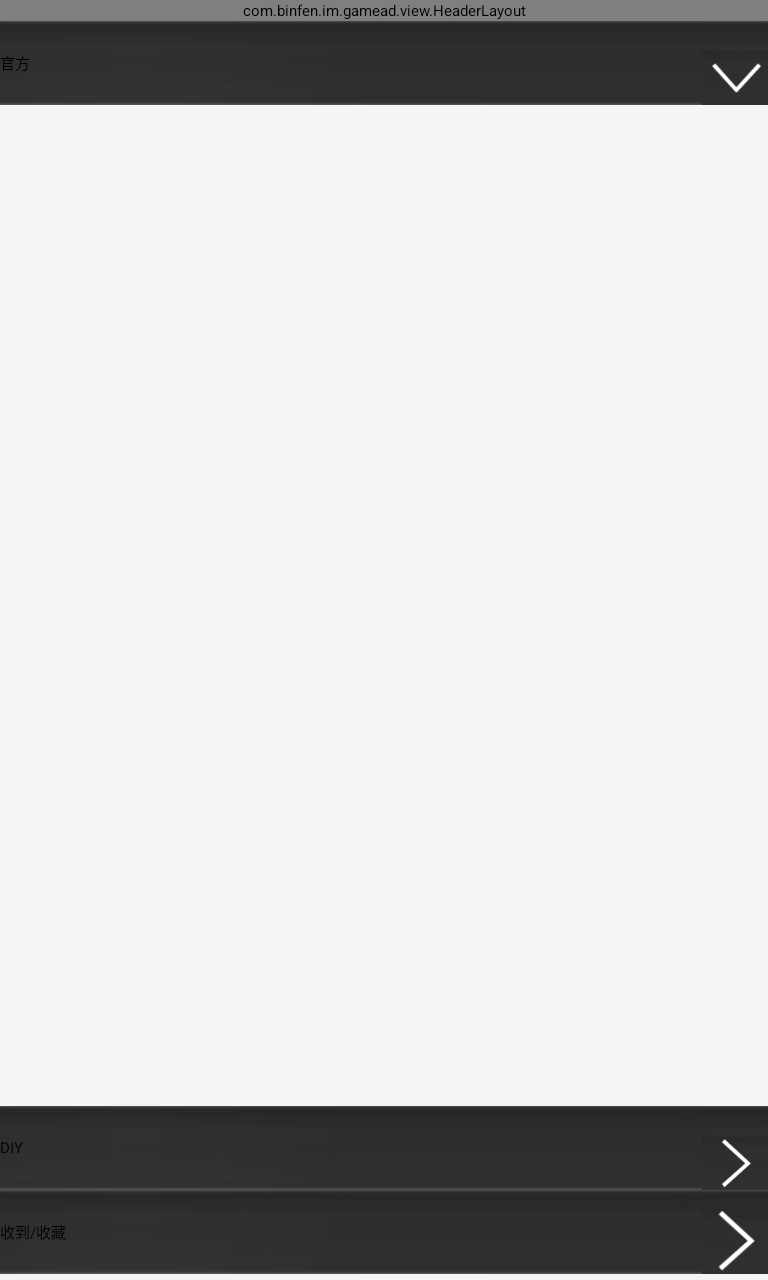
Repository: hosle/gad2
Layout: gamead_IM2/res/layout/xxh_gamelayout1.xml
The author's editor kept a copy of each file at every save. The layout is drawn from the files as they stood at one save, then again after the next save.
Pictures or frames that could not be fetched are drawn as grey boxes. It is drawn on a 768 x 1280 px phone screen (xhdpi) without system bars, with theme AppTheme; the app's code is not run. Lists and similar views that code fills are empty.

Above is the layout before, as saved 2015-06-26 06:15:05.

### gamead_IM2/res/layout/xxh_gamelayout1.xml
<?xml version="1.0" encoding="utf-8"?>
<RelativeLayout xmlns:android="http://schemas.android.com/apk/res/android"
    android:layout_width="match_parent"
    android:layout_height="match_parent"
    android:background="@color/base_bg"
    >

    <include
        android:id="@+id/common_actionbar"
        android:layout_width="match_parent"
        android:layout_height="wrap_content"
        android:layout_alignParentTop="true"
        layout="@layout/include_action_bar" />

    <LinearLayout
        android:layout_width="match_parent"
        android:layout_height="42dp"
        android:layout_below="@+id/common_actionbar"
        android:orientation="vertical" >

        <RelativeLayout
            android:layout_width="match_parent"
            android:layout_height="42dp"
            android:background="@drawable/xxh_game_dir" >

            <TextView
                android:id="@+id/official_game"
                android:layout_width="wrap_content"
                android:layout_height="wrap_content"
                android:layout_alignParentLeft="true"
                android:layout_centerVertical="true"
                android:text="官方"
                android:textAppearance="?android:attr/textAppearanceLarge" />

            <ImageButton
                android:id="@+id/xxh_imagebnt1"
                android:layout_width="wrap_content"
                android:layout_height="wrap_content"
                android:layout_alignParentRight="true"
                android:layout_alignTop="@+id/official_game"
                android:background="@drawable/xxh_game_bkimgbnt"
                android:src="@drawable/xxh_game_ad" />

        </RelativeLayout>
    </LinearLayout>

    <com.binfen.im.gamead.view.ClearEditText
        android:id="@+id/et_msg_search"
        android:layout_width="fill_parent"
        android:layout_height="@dimen/base_action_bar_height"
        android:layout_margin="10dp"
        android:background="@drawable/base_edit_input"
        android:drawableLeft="@drawable/icon_msg_search"
        android:drawablePadding="10dp"
        android:hint="@string/message_search_hint"
        android:paddingLeft="10dp"
        android:paddingRight="10dp"
        android:singleLine="true"
        android:visibility="gone" />

<!--     <GridView
        android:id="@+id/gridgame"
        android:layout_width="match_parent"
        android:layout_height="260dp"
        android:layout_weight="0.82"
        android:columnWidth="90dp"
        android:gravity="center"
        android:horizontalSpacing="5dp"
        android:numColumns="auto_fit"
        android:stretchMode="columnWidth"
        android:verticalSpacing="5dp" >
    </GridView> -->
    <ListView
        android:id="@+id/listgame"
        android:layout_width="match_parent"
        android:layout_height="260dp"

        ></ListView>

    <LinearLayout
        android:layout_width="match_parent"
        android:layout_height="87dp"
        android:layout_alignParentBottom="true"
        android:orientation="vertical" >

        <RelativeLayout
            android:layout_width="match_parent"
            android:layout_height="42dp"
            android:background="@drawable/xxh_game_dir" >

            <TextView
               android:id="@+id/receive_game"
               android:layout_width="wrap_content"
               android:layout_height="wrap_content"
               android:layout_alignParentLeft="true"
               android:layout_centerVertical="true"
               android:text="DIY"
               android:textAppearance="?android:attr/textAppearanceLarge" />

           <ImageButton
               android:id="@+id/xxh_imagebnt2"
               android:layout_width="wrap_content"
               android:layout_height="wrap_content"
               android:layout_alignParentRight="true"
               android:layout_alignTop="@+id/receive_game"
               android:background="@drawable/xxh_game_bkimgbnt"
               android:src="@drawable/xxh_game_ar" />

        </RelativeLayout>

        <RelativeLayout
            android:layout_width="match_parent"
            android:layout_height="42dp"

            android:background="@drawable/xxh_game_dir" >
           <TextView
               android:id="@+id/save_game"
               android:layout_width="wrap_content"
               android:layout_height="wrap_content"
               android:layout_alignParentLeft="true"
               android:layout_centerVertical="true"
               android:text="收到/收藏"
               android:textAppearance="?android:attr/textAppearanceLarge" />

           <ImageButton
               android:id="@+id/xxh_imagebnt3"
               android:layout_width="wrap_content"
               android:layout_height="wrap_content"
               android:layout_alignParentBottom="true"
               android:layout_alignParentRight="true"
               android:background="@drawable/xxh_game_bkimgbnt"
               android:src="@drawable/xxh_game_ar" />

        </RelativeLayout>

    </LinearLayout>

</RelativeLayout>

### gamead_IM2/res/values/colors.xml
<?xml version="1.0" encoding="utf-8"?>
<resources>

    <color name="base_actionbar_bg">#f5f5f5</color>
    <color name="base_action_bar_title_color">#2f2725</color>
    <color name="base_tab_indicator_text_color">#f82c22</color>
    <color name="base_menu_left_bg">#393c44</color>
    <color name="pull_refresh_textview">#000000</color>
    <color name="base_color_text_black">#3e3e39</color>
    <color name="base_color_text_gray">#9fa0a0</color>
    <color name="base_color_text_white">#ffffff</color>
    <color name="home_item_color_bg">#f4f6f6</color>
    <color name="base_bg">#f4f6f6</color>
    <!-- zxing -->
    <color name="color_half_transparent">#b0000000</color>
    <color name="color_transparent_bg">#80000000</color>
    <color name="color_transparent_bg1">#e0000000</color>
    <!-- emot -->
    <color name="msg_emote_divider">#ffa1a1a1</color>
    <color name="color_bottom_bg">#272a2e</color>
    <color name="color_bottom_text_normal">#9da0a4</color>
    <color name="color_bottom_text_press">#4f9ef6</color>
    <color name="text_gray">#969696</color>
    <color name="transparent">#00000000</color>
    <color name="msg_chat_bg">#eceff4</color>

    <color name="theme_bg_color">#f0f2f5</color>
    <color name="color_theme">#489cfa</color>
    <color name="c_f98800">#ed4e23</color>

    <color name="dialog_color_title">#f82c22</color>
    <color name="guide_color">#898989</color>

    <color name="common_bg">#fcfcfc</color>

</resources>

### gamead_IM2/res/layout/include_action_bar.xml
<?xml version="1.0" encoding="utf-8"?>
<com.binfen.im.gamead.view.HeaderLayout
    xmlns:android="http://schemas.android.com/apk/res/android"
    android:layout_width="match_parent"
    android:layout_height="@dimen/base_action_bar_height" >

</com.binfen.im.gamead.view.HeaderLayout>

### gamead_IM2/res/values/dimens.xml
<resources>

    <!-- Default screen margins, per the Android Design guidelines. -->
    <dimen name="activity_horizontal_margin">16dp</dimen>
    <dimen name="activity_vertical_margin">16dp</dimen>
    <dimen name="text_size_small">14sp</dimen>
    <dimen name="text_size_medium">16sp</dimen>
    <dimen name="text_size_large">18sp</dimen>
    <dimen name="base_action_bar_height">48.0dip</dimen>
    <dimen name="base_action_bar_title_size">22.0sp</dimen>
    <dimen name="register_margin">10.0dp</dimen>
    <dimen name="base_scrollview_top_height">50.0dip</dimen>
    <dimen name="tab_padding_top_bottom">15dp</dimen>
    <dimen name="tab_padding_left_right">40dp</dimen>
    <dimen name="tab_height">48dp</dimen>
    <dimen name="base_line_width_1">1dip</dimen>
    <dimen name="base_line_width_2">2dip</dimen>
    <dimen name="base_line_width">0.5dip</dimen>

    <dimen name="time_line_line_left_margin">24dip</dimen>
    <dimen name="time_line_line_width">2.0dip</dimen>
    <dimen name="time_line_content_left_margin">52.0dip</dimen>
    <dimen name="time_line_content_right_margin">7.0dip</dimen>

    <dimen name="score_item_height">100.0dip</dimen>
     <dimen name="message_top_height">70.0dip</dimen>

     <dimen name="margin_chat_top">5.0dip</dimen>
</resources>

### gamead_IM2/res/values/strings.xml
<?xml version="1.0" encoding="utf-8"?>
<resources>

    <string name="app_name">缤分</string>
    <string name="action_settings">Settings</string>
    <string name="hello_world">Hello world!</string>
    <string name="login_username_hint">请输入用户名&#8230;</string>
    <string name="login_password_hint">请输入密码&#8230;</string>
    <string name="login_email_hint">请在此输入密码&#8230;</string>
    <string name="login">登录</string>
    <string name="register">注册</string>
    <string name="register_txt1">还没有账号？</string>
    <string name="register_txt2">立即注册 ></string>
    <string name="login_account">账号 </string>
    <string name="login_pwd">密码 </string>
    <string name="login_email">确认密码 </string>
    <string name="message_search_hint">搜索&#8230;</string>
    <string name="main_tab_recent">会话</string>
    <string name="main_tab_contact">联系人</string>
    <string name="mian_tab_set">设置</string>
    <string name="main_tab_game">游戏</string>
    <string name="xlistview_header_hint_normal">下拉刷新</string>
    <string name="xlistview_header_hint_ready">松开刷新数据</string>
    <string name="xlistview_header_hint_loading">正在加载&#8230;</string>
    <string name="xlistview_header_last_time">上次更新时间：</string>
    <string name="xlistview_footer_hint_normal">查看更多</string>
    <string name="xlistview_footer_hint_ready">松开载入更多</string>
    <string name="add_avator">头像</string>
    <string name="add_nick">昵称</string>
    <string name="add_name">账号</string>
    <string name="add_name_hint">请输入昵称&#8230;</string>
    <string name="add_gender">性别</string>
    <string name="set_notify">接收新消息通知</string>
    <string name="set_myinfo">个人资料</string>
    <string name="set_blacklist">黑名单</string>
    <string name="set_voice">声音</string>
    <string name="set_vibrate">震动</string>
    <string name="tips">提示</string>
    <string name="logout">退出登陆</string>
    <string name="pop_photo">拍照</string>
    <string name="pop_choose">从手机相册选中</string>
    <string name="network_tips">当前网络不可用,请检查您的网络!</string>
    <string name="toast_error_password_null">密码不能为空</string>
    <string name="toast_error_username_null">用户名不能为空</string>
    <string name="toast_error_comfirm_password">输入的两次密码不一致</string>
    <string name="blacklist">黑名单</string>
    <string name="chat">发起会话</string>
    <string name="add_friend">添加好友</string>
    <string name="send_state">已读</string>
    <string name="longclick_speak">长按说话</string>
    <string name="picture">照片</string>
    <string name="camera">拍摄</string>
    <string name="location">位置</string>
    <string name="xxh_game">游戏</string>
    <string name="black_tips">已添加至黑名单，你将不再收到对方的消息!</string>
    <string name="username">用户名</string>
    <string name="search">搜索</string>
    <string name="new_friends">新朋友</string>
    <string name="near_people">附近的人</string>
    <string name="voice_up_tips">手指上滑,取消发送</string>
    <string name="voice_cancel_tips">松开手指，取消发送</string>
    <string name="voice_seconds_tips">还可以说%1$s秒</string>
    <string name="voice_short_tips">录音时间太短</string>
    <string name="show_notice">\t\t\t\t\t自V1.0.6版本开始，应用源码中将不再公开ApplicationId,开发者请自行到官网申请。\n\t\t\t\t\t申请成功之后在应用程序启动页(SplashActivity)进行初始化操作!</string>
    <string name="title_activity_select_game_to_send">SelectGameToSendActivity</string>
    <string name="title_activity_maintest">MainActivity</string>
    <string name="title_activity_select_game_to_send2">SelectGameToSend2Activity</string>

</resources>

After the next save:
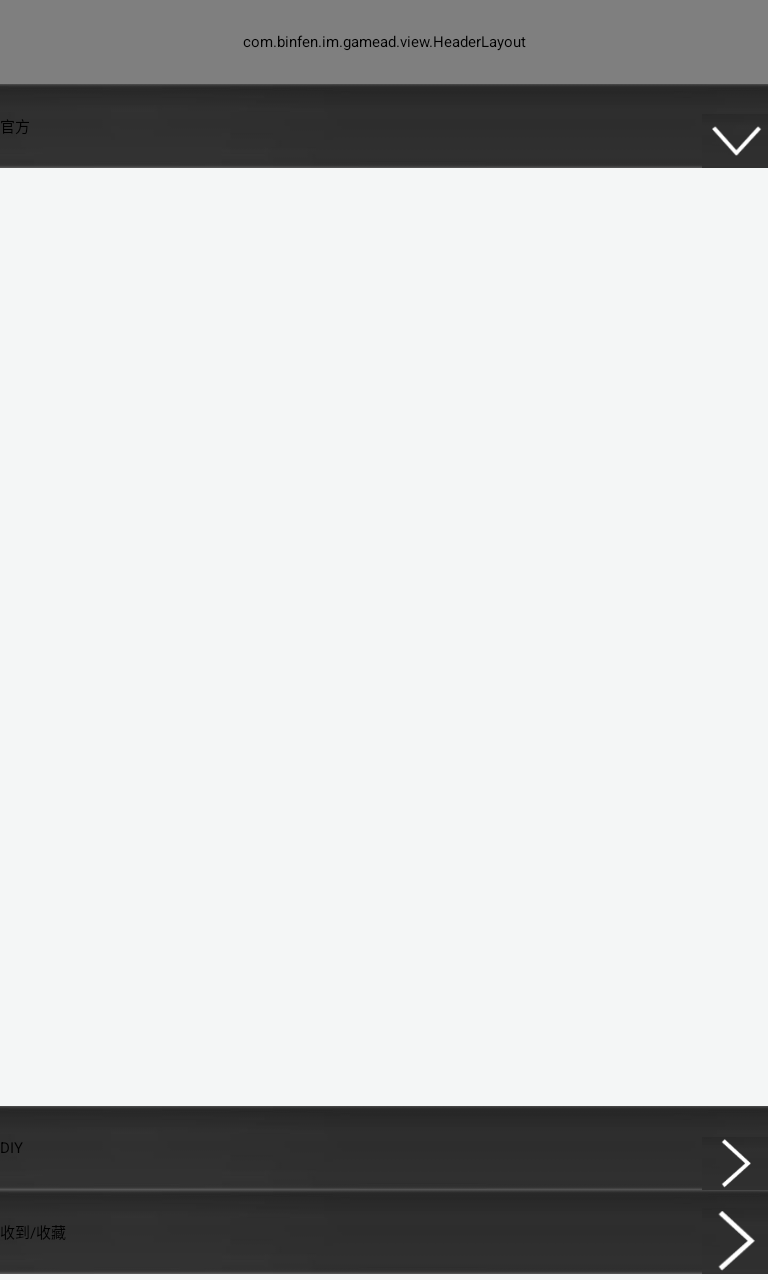
Saved 44 s later.
--- a/gamead_IM2/res/layout/xxh_gamelayout1.xml
+++ b/gamead_IM2/res/layout/xxh_gamelayout1.xml
@@ -8,7 +8,7 @@
     <include
         android:id="@+id/common_actionbar"
         android:layout_width="match_parent"
-        android:layout_height="wrap_content"
+        android:layout_height="42dp"
         android:layout_alignParentTop="true"
         layout="@layout/include_action_bar" />
 
